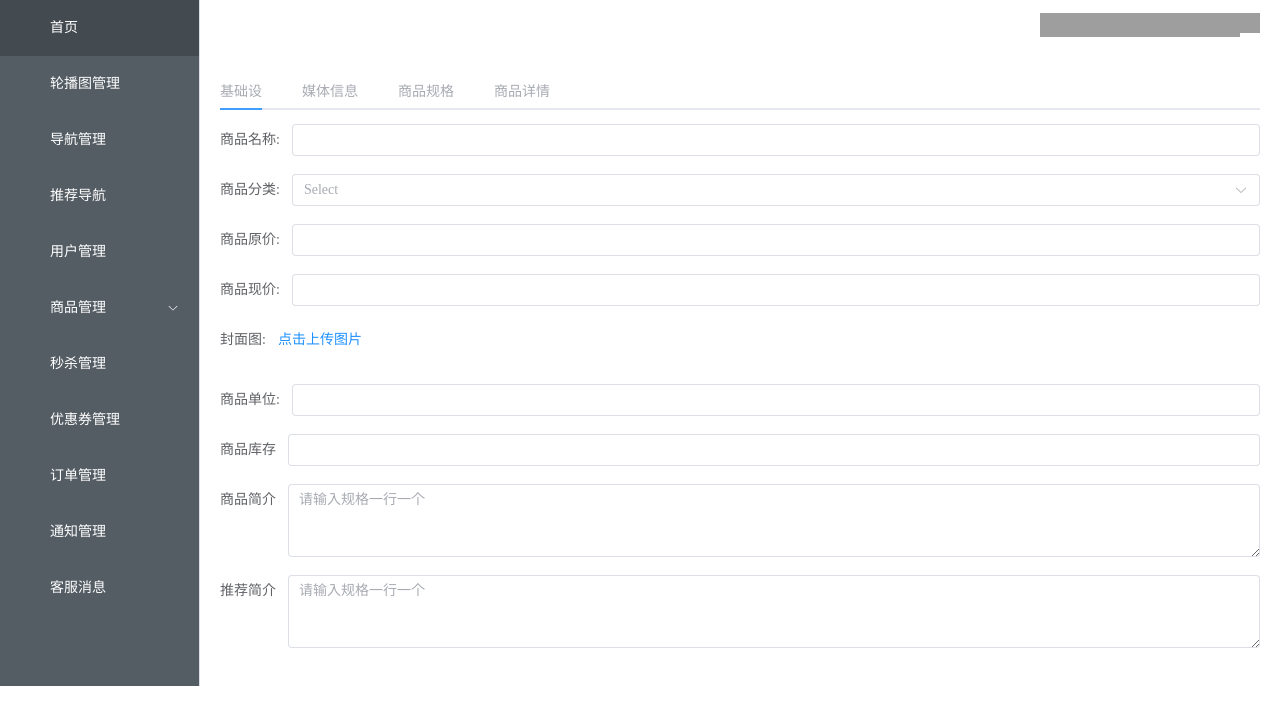
Repository: xinwuhao/CCG
Page: /addgoods
These files come from the project's save history. The page is drawn as it stood at one moment and after the next save; the edit follows.
The browser window is 1280 px wide. The pictures show the whole page.
Pictures or frames that could not be fetched are drawn as grey boxes. The page's requests for data from a server got no answer. The project was rebuilt for these pictures with package versions that can differ from the ones it lists, and the page was loaded fresh each time. No one was signed in, and anything a server would have sent is missing. Also part of the build but not shown: vite.config.ts.

Above is the page before, as saved 2021-09-24 13:48:48.

After the next save:
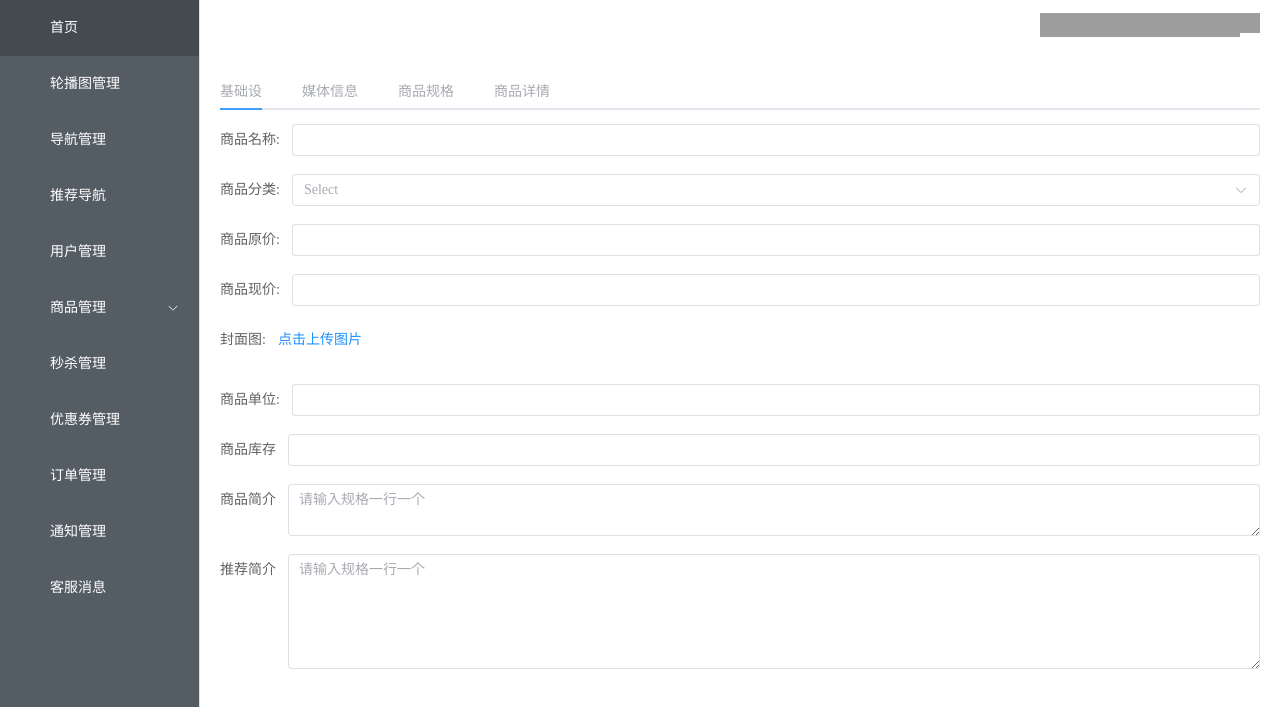
Saved 15 s later.
--- a/src/views/goods/addgoods.vue
+++ b/src/views/goods/addgoods.vue
@@ -95,10 +95,10 @@
                 </el-option-group>
               </el-select>
             </el-form-item>
-               <el-form-item label="商品原价:" prop="title">
-              <el-input v-model="swiper.title" class="inpud"></el-input>
-            </el-form-item>
-               <el-form-item label="商品现价:" prop="title">
+            <el-form-item label="商品原价:" prop="title">
+              <el-input v-model="swiper.title" class="inpud"></el-input>
+            </el-form-item>
+            <el-form-item label="商品现价:" prop="title">
               <el-input v-model="swiper.title" class="inpud"></el-input>
             </el-form-item>
             <el-form-item label="封面图:" prop="img">
@@ -119,29 +119,24 @@
             <el-form-item label="商品库存" prop="path">
               <el-input v-model="swiper.path" class="inpud"></el-input>
             </el-form-item>
-             <el-form-item label="商品简介" prop="path">
-                <el-input
-              v-model="swiper.spec_item"
-              :rows="3"
-              type="textarea"
-              placeholder="请输入规格一行一个"
-            />
-            </el-form-item>
-             <el-form-item label="推荐简介" prop="path">
-               <el-input
-              v-model="swiper.spec_item"
-              :rows="3"
-              type="textarea"
-              placeholder="请输入规格一行一个"
-            />
-            </el-form-item>
-
+            <el-form-item label="商品简介" prop="path">
+              <el-input
+                v-model="swiper.spec_item"
+                :rows="2"
+                type="textarea"
+                placeholder="请输入规格一行一个"
+              />
+            </el-form-item>
+            <el-form-item label="推荐简介" prop="path">
+              <el-input
+                v-model="swiper.spec_item"
+                :rows="5"
+                type="textarea"
+                placeholder="请输入规格一行一个"
+              />
+            </el-form-item>
           </el-form>
         </el-tab-pane>
-
-
-
-
 
         <el-tab-pane label="媒体信息" name="2" disabled>Config</el-tab-pane>
         <el-tab-pane label="商品规格" name="3" disabled>Role</el-tab-pane>
